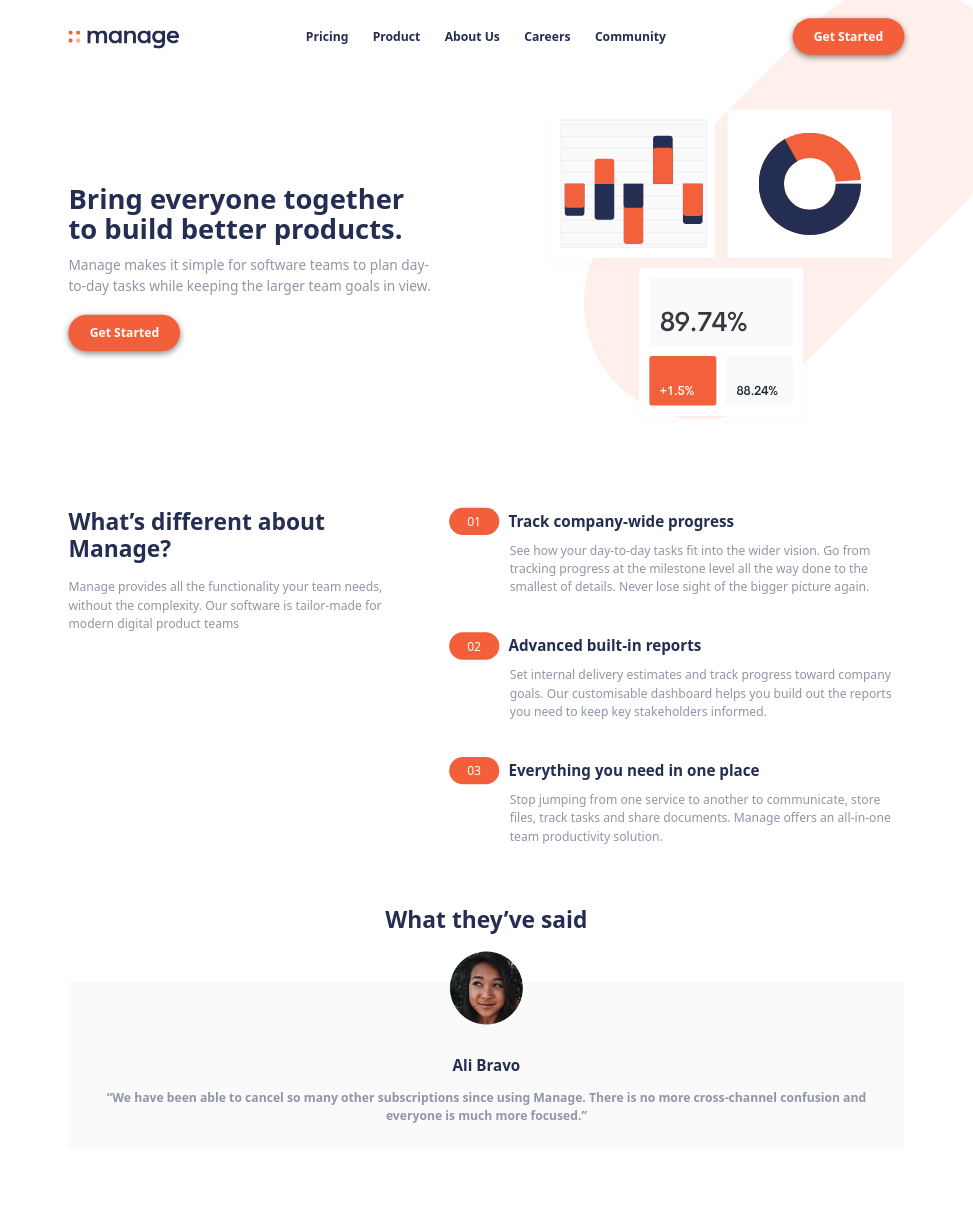
Repository: aqib-01/manage-landing-page
Page: /
An editor plug-in stored every save of this project. The page is shown before and after the next save, followed by the edit.
The browser window is 1280 px wide. The pictures show the whole page, at 76% of full size.
The project was rebuilt for these pictures with package versions that can differ from the ones it lists, and the page was loaded fresh each time.

Above is the page before, as saved 2022-05-12 21:25:05.

After the next save:
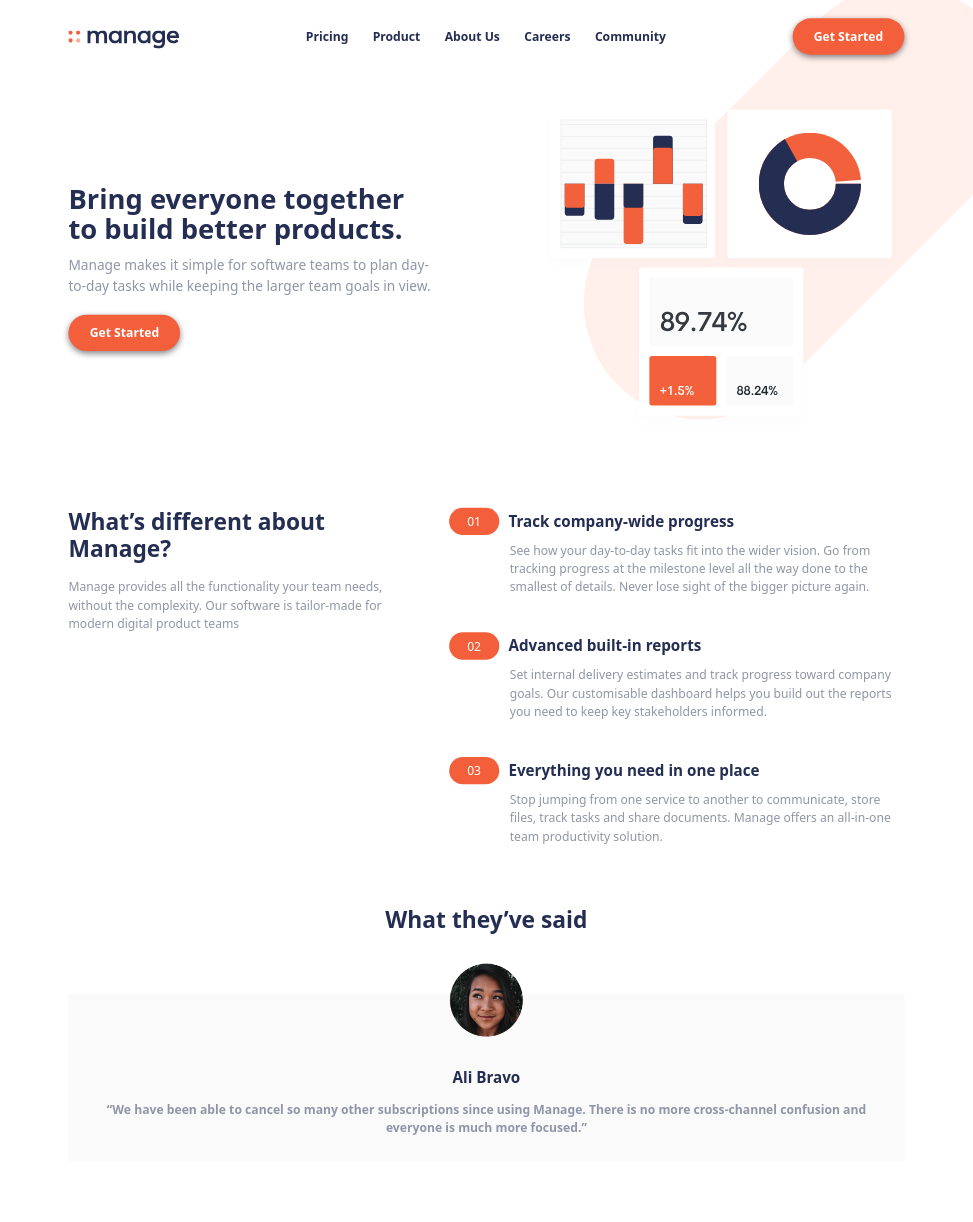
Saved 27 s later.
--- a/src/components/Testimonials.js
+++ b/src/components/Testimonials.js
@@ -4,7 +4,7 @@ const Testimonials = () => {
   return (
     <section className="my-20">
       <div className="wrapper">
-        <h2 className="text-3xl mb-16 text-center text-dark-blue font-semibold">
+        <h2 className="text-3xl mb-20 text-center text-dark-blue font-semibold">
           What they’ve said{" "}
         </h2>
         <div>
